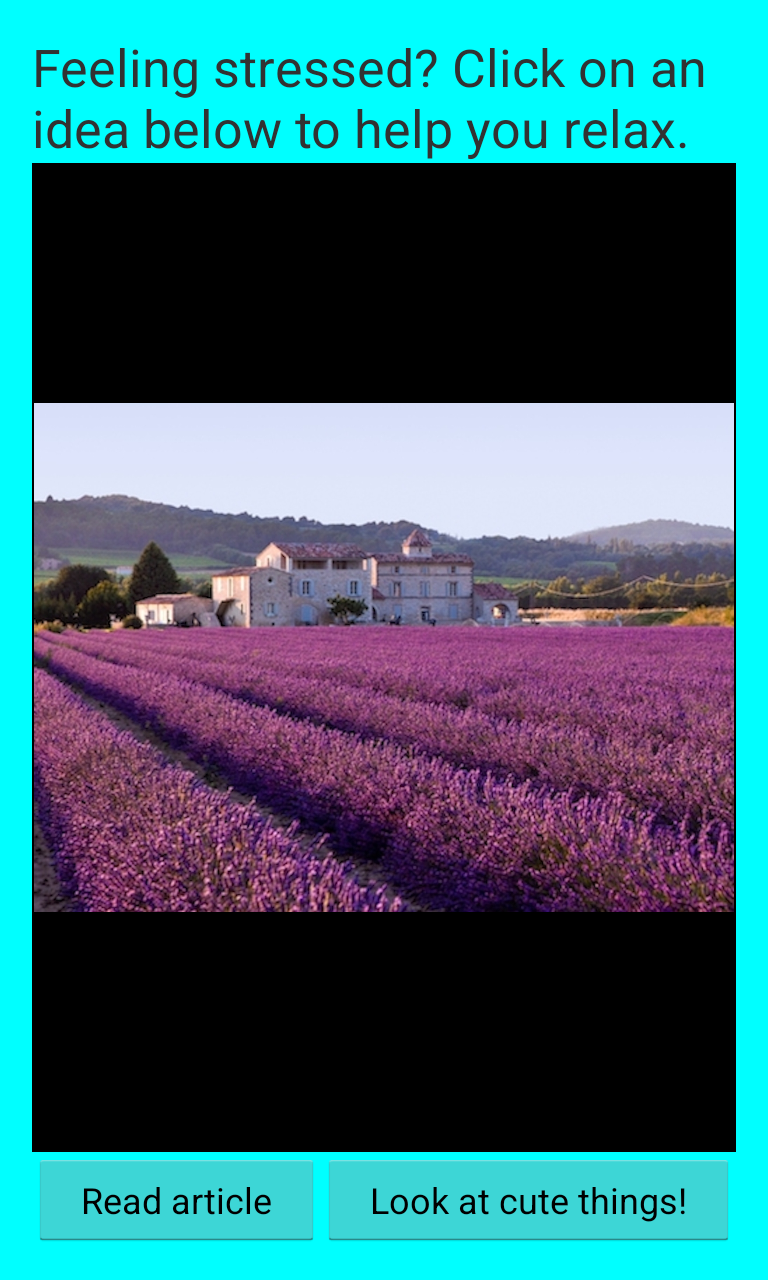
Repository: LSummers33/Apps101
Layout: Self-Care/res/layout/activity_main.xml
These files come from the project's save history. The layout is drawn as it stood at one moment and after the next save; the edit follows.
It is drawn on a 768 x 1280 px phone screen (xhdpi) without system bars, with theme AppTheme; the app's code is not run.

Above is the layout before, as saved 2014-01-26 21:42:44.

After the next save:
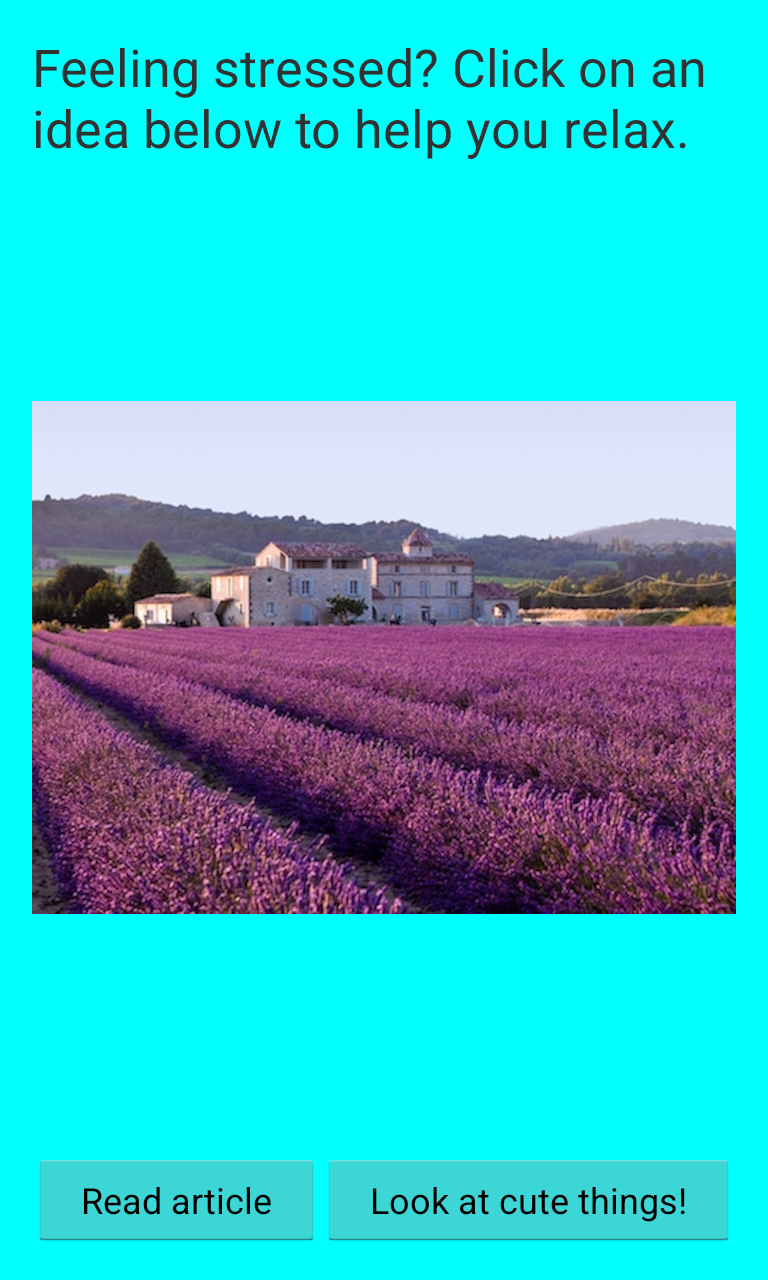
Saved 16 s later.
--- a/Self-Care/res/layout/activity_main.xml
+++ b/Self-Care/res/layout/activity_main.xml
@@ -23,8 +23,6 @@
         android:layout_width="wrap_content"
         android:layout_height="0dp"
         android:layout_weight="1"
-        android:background="#000000"
-		android:padding="1dp"
         android:contentDescription="@string/image"
         android:src="@drawable/lavender_field" />
 
